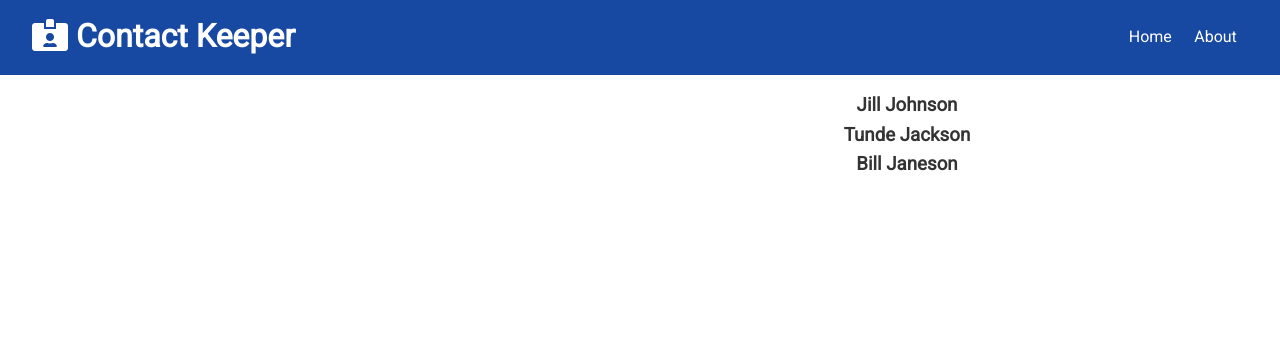
Repository: Art101-ui/Contact-keeper
Page: / (app in client/)
These files come from the project's save history. The page is drawn as it stood at one moment and after the next save; the edit follows.
The browser window is 1280 px wide. The pictures show the whole page.
Some web libraries are served in a nearby version. The project was rebuilt for these pictures with package versions that can differ from the ones it lists, and the page was loaded fresh each time. A package was used in the major version that the imports need, not the one package.json lists. Also part of the build but not shown: client/src/components/pages/About.js.

Above is the page before, as saved 2021-09-19 23:08:17.

After the next save:
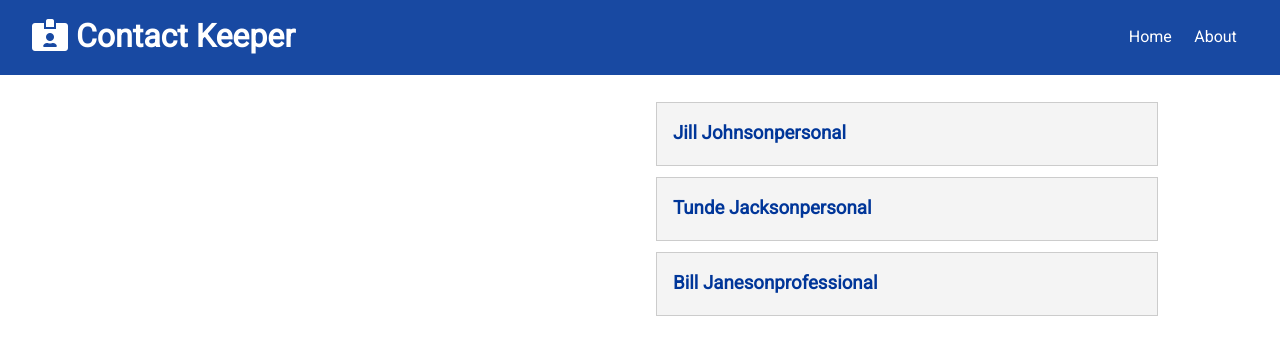
Saved 76 s later.
--- a/client/src/components/contacts/Contacts.js
+++ b/client/src/components/contacts/Contacts.js
@@ -1,5 +1,5 @@
 import React, {Fragment,useContext} from 'react'
-
+import ContactsItem from './ContactsItem'
 import ContactContext from '../../context/contact/contactContext'
 
 const Contacts = () => {
@@ -9,7 +9,7 @@ const Contacts = () => {
     return (
         <Fragment>
             {contacts.map(contact=>(
-                <h3>{contact.name}</h3>
+                <ContactsItem contact = {contact}/>
             ))}
         </Fragment>
     )
